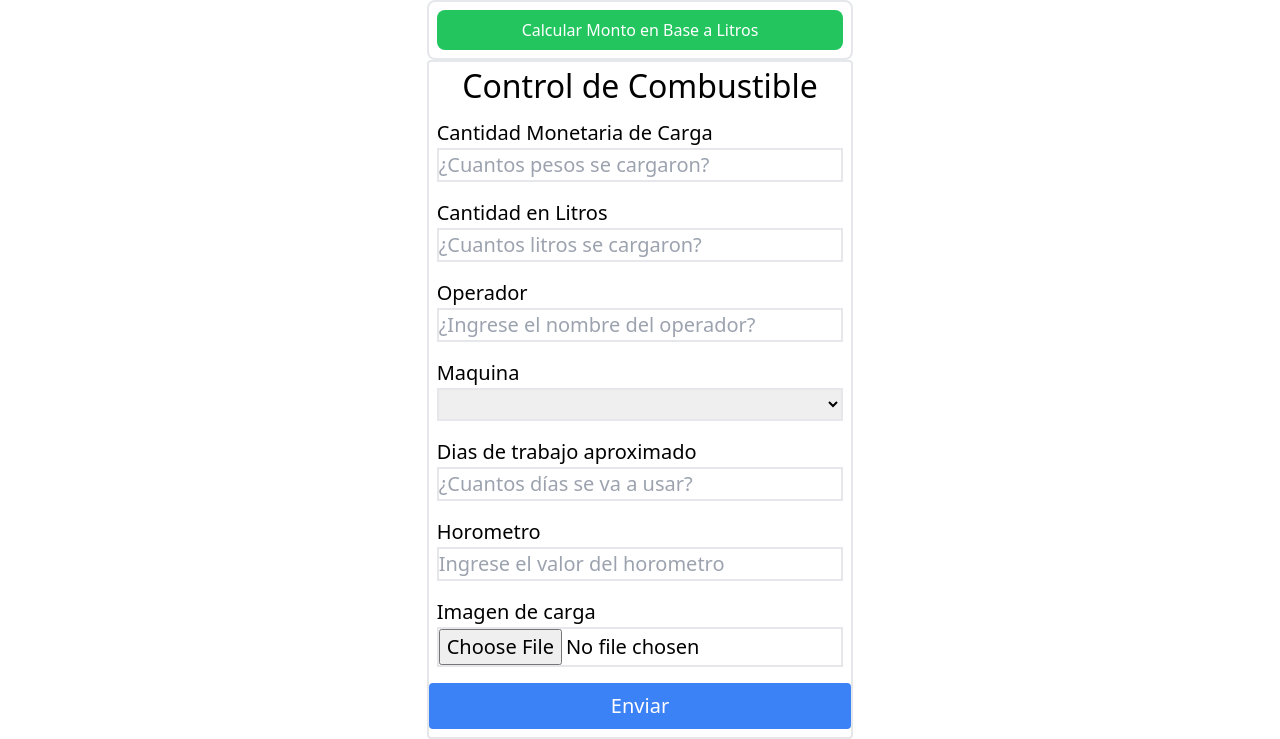
Repository: SistemaACT/Combustible
Page: /Combustible/Form
The author's editor kept a copy of each file at every save. The page is drawn from the files as they stood at one save, then again after the next save.
The browser window is 1280 px wide. The pictures show the whole page.
The page's requests for data from a server got no answer. The project was rebuilt for these pictures with package versions that can differ from the ones it lists, and the page was loaded fresh each time. The framework's server and built-in components were replaced by stand-ins that run in the browser. No one was signed in, and anything a server would have sent is missing. Also part of the build but not shown: next.config.js, components/NavBar/Options/Operador.tsx, components/NavBar/Options/Admin.tsx, components/NavBar/Options/Owner.tsx, components/NavBar/Options.tsx.

Above is the page before, as saved 2023-01-20 16:24:10.

### pages/_app.tsx
import '../styles/globals.css'
import type { AppProps } from 'next/app'
import { Toaster } from 'react-hot-toast'
import { SessionProvider } from "next-auth/react"
import Navbar from '../components/NavBar/Navbar'


export default function App({ Component, pageProps:{session, ...pageProps} }: AppProps) {
  return (

  <SessionProvider session={session}>
    <Navbar></Navbar>
    <Toaster></Toaster>
    <Component {...pageProps} />
  </SessionProvider>
  )
}

### pages/Combustible/Form.tsx
import React , {FormEvent} from 'react'
import { Input, Select } from '../../components/reciclables/inputs'
import { UseInsert } from '../../DMS/Mutations';
import { ProcessImage } from '../../Utils/transform';
import toast from "react-hot-toast"
import {useSession} from "next-auth/react"
import Router from "next/router"
import GasCalculator from '../../components/Calculos/GasCalculator';

export default function Form() {


  const {data:session} = useSession({
    required: true,
    onUnauthenticated() {
      // The user is not authenticated, handle it here.
      Router.replace("/api/auth/signin")
    },
  })

    async function handleSubmit(event:FormEvent<HTMLFormElement>) {
      event.preventDefault();
      const toastId = toast.loading('Cargando...');
      const formData = new FormData(event.currentTarget);
      const values = Object.fromEntries(formData);
      values.user = session!.user!.email as string
      const file = await ProcessImage(values.file as File)
      delete values.file
      const res = await UseInsert("Control del Combustible", "Control", Object.values(values),file)

      console.log(res)

      toast.success("Datos enviados correctamente", {
        id:toastId
      })
    }

    return (
      <>
      <GasCalculator></GasCalculator>
    <form onSubmit={handleSubmit} className='flex justify-center'>
        <div className='w-full lg:w-1/3 rounded border-2 flex flex-col items-center'>
            <h1 className='text-[2em]'>Control de Combustible</h1>
                <Input id="Pesos" placeholder='¿Cuantos pesos se cargaron?' label='Cantidad Monetaria de Carga' type='number' step={0.01} min={0}></Input>
                <Input id="Litros" placeholder='¿Cuantos litros se cargaron?' label='Cantidad en Litros' type='number' step={0.01} min={0}></Input>
                <Input id="Operador" placeholder='¿Ingrese el nombre del operador?' label='Operador' type='text'></Input>
                <Select id="Maquina" label="Maquina">
                    <option value=""></option>
                    <option value="John Deere 310k">John Deere 310k</option>
                    <option value="Case 580N">Case 580N</option>
                    <option value="Case 770">Case 770</option>
                    <option value="Titan">Titan</option>
                    <option value="Grua">Grua</option>
                    <option value="Motoconformadora">Motoconformadora</option>
                    <option value="Hilux JGBG">Hilux JGBG</option>
                    <option value="Hilux WU2745A">Hilux WU-2745-A</option>
                    <option value="Hilux WU2746A">Hilux WU-2746-A</option>
                    <option value="Pipa">Pipa</option>
                    <option value="Vibro Compactador">Vibro Compactador</option>
                    <option value="Ford 350">Ford 350</option>
                    <option value="Maquina de Soldar 01">Maquina de Soldar 01</option>
                    <option value="Maquina de Soldar 02">Maquina de Soldar 02</option>
                    <option value="Maquina de Soldar 03">Maquina de Soldar 03</option>
                    <option value="Maquina de Soldar 04">Maquina de Soldar 04</option>
                    <option value="Maquina de Soldar 05">Maquina de Soldar 05</option>
                    <option value="Compresor">Compresor</option>
                    <option value="Revolvedora">Revolvedora</option>
                    <option value="Karcher">Karcher</option>
                    <option value="Generador">Generador</option>
                    <option value="Bomba de Achique">Bomba de Achique</option>
                    <option value="Bomba Traga Lodos">Bomba Traga Lodos</option>
                    <option value="Camion de Volteo">Camion de Volteo</option>
                    <option value="Cortadora de Concreto">Cortadora de Concreto</option>
                    <option value="Bailarina">Bailarina</option>
                    <option value="PR-8">PR-8</option>
                    <option value="Desbrozadora">Desbrozadora</option>
                </Select>
                <Input id="Días" placeholder='¿Cuantos días se va a usar?' label='Dias de trabajo aproximado' type='number'></Input>
                <Input id="horometro" placeholder='Ingrese el valor del horometro' label='Horometro' type='number' step={0.01} min={0}></Input>
                <Input id="file" placeholder='Ingrese la imagen' accept=".jpg, .png" label='Imagen de carga' type='file'></Input>

                <button className=' rounded bg-blue-500 text-white w-full text-[1.25em] rounder p-2 my-2' type='submit'>Enviar</button>
        </div>

    </form>
    </>
  )
}

### components/NavBar/Navbar.tsx
import React from 'react'
import Options from './Options'
import {BsMenuButtonWideFill} from "react-icons/bs"
import {useSession} from "next-auth/react"

export default function Navbar() {
    const [open, setOpen] = React.useState(false)
    const {data:session} = useSession()
    return (
    <div>
        {session && <>
            <div className='bg-blue-500'>
                <BsMenuButtonWideFill onClick={()=>setOpen(!open)} className="text-[2em] text-white p-2 w-20 h-14 mb-2"></BsMenuButtonWideFill>
            </div>
                {open &&
                <div className='absolute z-10 border-2 rounded-lg bg-white w-full' onClick={()=>setOpen(!open)}>
                    <Options></Options>
                </div>
                }
            </>
        }

    </div>
  )
}

### components/reciclables/inputs.tsx
import React, {ChangeEvent, ReactNode} from 'react'

type Props={
    id: string
    placeholder: string
    label: string
    type: string
    accept?: string
    step?:number
    min?:number
    max?:number
}

type Select = {
    children: ReactNode
    id: string
    label:string
    onChange?: (e:React.ChangeEvent<HTMLSelectElement>)=>void
}

export function Input({id, placeholder, label, type, accept, step, min, max}:Props) {
  return (
    <div className='w-full flex-col flex p-2 text-[1.25em]'>
        <label>{label}</label>
        <input required className='border-2' id={id} name={id} placeholder={placeholder} type={type} accept={accept} step={step} min={min} max={max}></input>
    </div>
  )
}

export function Select({id, children, label, onChange}:Select){
    return(
        <div className='w-full flex-col flex p-2 text-[1.25em]'>
            <label>{label}</label>
            <select required className='border-2' id={id} name={id} onChange={onChange}>{children}</select>
        </div>
    )
}

### DMS/Mutations.ts
import { API_KEY, API_URL } from "./envVars";

type Params = {
        primaryKey?: number | string;
        dataBase?: string;
        table?: string;
        data?: Data;
        col?: number;
        headers?: string[];
        header?: string;
        image?:any;
        functionName?:string

}

type Data = string | Date | number | object | string[] | number[] | Date[] | object[]



export async function Mutation(API:string, command:string,dataParams:Params){

    let res

    try{
       res =  await fetch(API,{
            mode: "no-cors",
            method: 'POST', // *GET, POST, PUT, DELETE, etc.
            body: JSON.stringify({...dataParams, command:command, APIKey: API_KEY}) // body data type must match "Content-Type" header
        })

    }catch(error){
        throw(error)
    }

    return res

}

export async function UseInsert(Database: string, Table:string, Data: Data, image?:any){

    let res

    try{
        res = await Mutation(API_URL, "insert", {dataBase:Database, table:Table, data:Data, image:image})
    }catch(error){
        throw(error)
    }

    return res

}

export async function useUpdateValue(Database: string, Table:string, PrimaryKey: string | number, header:string , Data: Data, image?:File){

    let res

    try{
        res = Mutation(API_URL, "updateValue", {dataBase:Database, table:Table, data:Data, primaryKey:PrimaryKey, header: header, image:image})
    }catch(error){
        throw(error)
    }

    return res

}

export async function useUpdateRow(Database: string, Table:string, PrimaryKey: string | number ,Data: Data, image:File){

    let res

    try{
        res = Mutation(API_URL, "updateRow", {dataBase:Database, table:Table, primaryKey:PrimaryKey ,data:Data, image:image})
    }catch(error){
        throw(error)
    }

    return res

}

export async function useDropRow(Database: string, Table:string, PrimaryKey: string | number){

    let res

    try{
        res = Mutation(API_URL, "dropRow", {dataBase:Database, table:Table, primaryKey:PrimaryKey})
    }catch(error){
        throw(error)
    }

    return res

}

export async function useCreateTable(Database: string, Table:string, headers: string[]){

    let res

    try{
        res = Mutation(API_URL, "createTable", {dataBase:Database, table:Table, headers:headers})
    }catch(error){
        throw(error)
    }

    return res

}


export async function useDropTable(Database: string, Table:string){

    let res

    try{
        res = Mutation(API_URL, "dropTable", {dataBase:Database, table:Table})
    }catch(error){
        throw(error)
    }

    return res

}

export async function useRunScript(functionName:string, data:object){

    let res

    try{
        res = await Mutation(API_URL, "costumFunction",{functionName:functionName, data:data})
    }catch(error){
        throw(error)
    }

    return await res.json()

}

export async function useCreateDatabase(DataBase:string){

    let res

    try{
        res = Mutation(API_URL, "createDatabase", {dataBase:DataBase})
    }catch(error){
        throw(error)
    }

    return res

}

export async function useDropDatabase(DataBase:string){

    let res

    try{
        res = Mutation(API_URL, "dropDatabase", {dataBase:DataBase})
    }catch(error){
        throw(error)
    }

    return res

}

### Utils/transform.ts
import { useState } from "react";

export function ProcessImage(file:File): Promise<{filename: string; mimeType: string; bytes: number[]}> {

    return new Promise((resolve, reject) => {
        const fr = new FileReader();
        let obj: {filename: string; mimeType: string; bytes: number[]};

        // Define the type of the e parameter and use a type assertion
        fr.onload = function(e: ProgressEvent<FileReader>) {
          obj = {
            filename: file.name,
            mimeType: file.type,
            bytes: Array.from(new Int8Array((e.target as {result: ArrayBuffer}).result))
          };

          // Resolve the Promise with the obj variable
          resolve(obj);
        };
        fr.onerror = function(e: ProgressEvent<FileReader>) {
          // Reject the Promise with the error
          reject(e);
        };
        fr.readAsArrayBuffer(file);
      });
}

### components/Calculos/GasCalculator.tsx
import React from 'react'
import { FormEvent } from 'react';
import { Input } from '../reciclables/inputs';



export default function GasCalculator() {
    const [calculadora, setCalculadora] = React.useState(false)
    const [text, setTexto] = React.useState("Calcular Monto en Base a Litros")
    const [answer, setAnswer] = React.useState<undefined|number>(undefined)
    const [color, setColor] = React.useState("bg-green-500")

    async function handleSubmit(event:FormEvent<HTMLFormElement>) {
        event.preventDefault();
        const formData = new FormData(event.currentTarget);
        let values = Object.fromEntries(formData);

        setAnswer(parseFloat(values.MontoPorLitro as string) *parseFloat(values.Litros as string))
      }

  return (
      <div className='flex justify-center'>
        <form className='w-full lg:w-1/3 p-2 border-2 rounded-lg center' onSubmit={handleSubmit}>
            <button type='button' onClick={()=>{if(!calculadora){setTexto("Cerrar");setColor("bg-red-500")}else{setTexto("Calcular Monto en Base a Litros");setAnswer(undefined);setColor("bg-green-500")};setCalculadora(!calculadora);}} className={`${color}  p-2 text-white rounded-lg w-full`}>{text}</button>
            {calculadora &&
            <div className=''>
                <Input id="MontoPorLitro" label="Precio del Litro" placeholder='Ingrese el precio por litro' type="number" step={0.01} min={0}></Input>
                <Input id="Litros" label="Cantidad de Litros" placeholder='Ingrese la cantidad de litros' type="number" step={0.01} min={0}></Input>
                 <button type='submit' className='bg-green-500 p-2 text-white rounded-lg w-full'>Calcular</button>
            </div>
            }
            {answer && <div className='w-full text-[1.25em] text-center m-2'>Tu Monto total es de ${answer}</div>}
        </form>
    </div>
    )
}

### DMS/envVars.ts
export const API_URL = process.env.DMS_URL!
export const API_KEY = process.env.DMS_API_KEY!

Loaded but not shown: pages/_document.tsx (common file); styles/globals.css (common file); tailwind.config.js (common file)

After the next save:
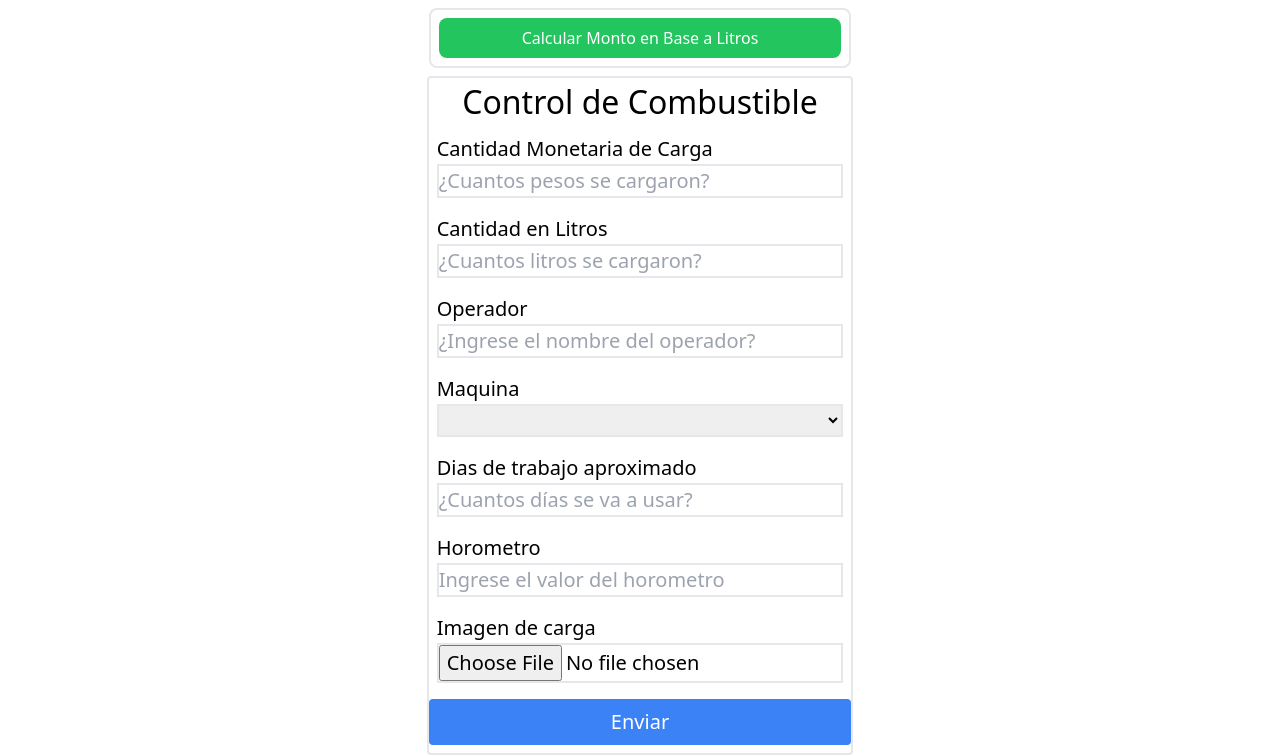
Saved 5 s later.
--- a/components/Calculos/GasCalculator.tsx
+++ b/components/Calculos/GasCalculator.tsx
@@ -19,7 +19,7 @@ export default function GasCalculator() {
       }
 
   return (
-      <div className='flex justify-center'>
+      <div className='flex justify-center m-2'>
         <form className='w-full lg:w-1/3 p-2 border-2 rounded-lg center' onSubmit={handleSubmit}>
             <button type='button' onClick={()=>{if(!calculadora){setTexto("Cerrar");setColor("bg-red-500")}else{setTexto("Calcular Monto en Base a Litros");setAnswer(undefined);setColor("bg-green-500")};setCalculadora(!calculadora);}} className={`${color}  p-2 text-white rounded-lg w-full`}>{text}</button>
             {calculadora &&
